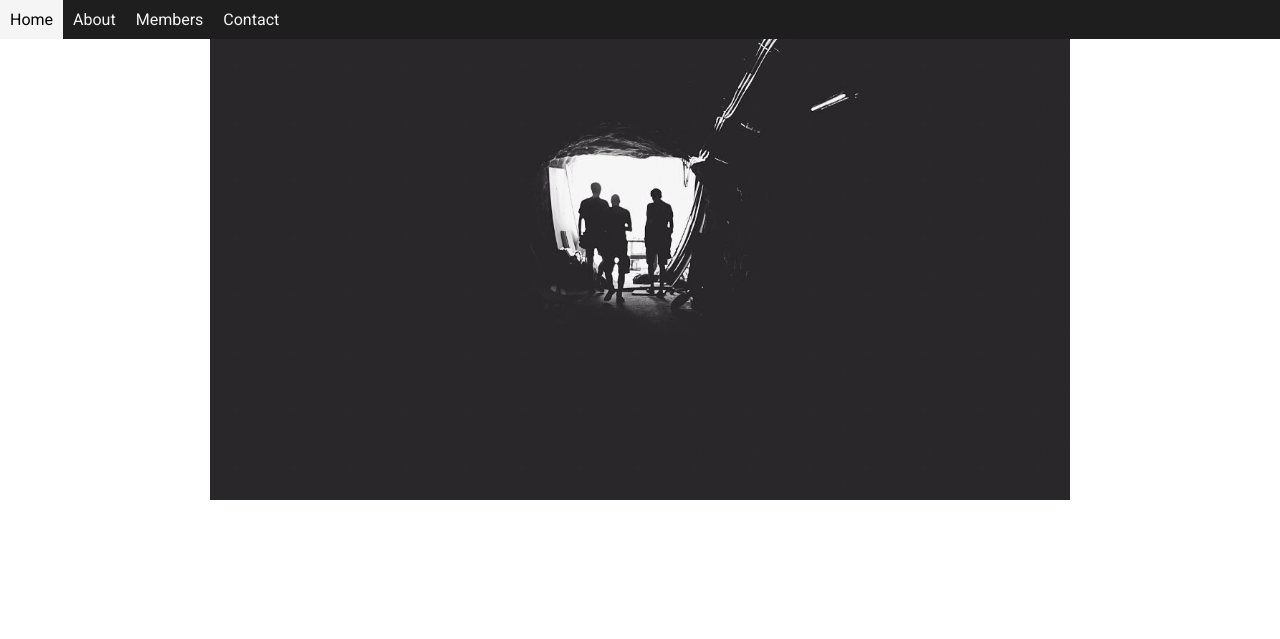
Repository: hieu-22/w3_band_UI
Page: index.html
An editor plug-in stored every save of this project. The page is shown before and after the next save, followed by the edit.
The browser window is 1280 px wide. The pictures show the whole page.

Above is the page before, as saved 2022-12-30 09:14:40.

After the next save:
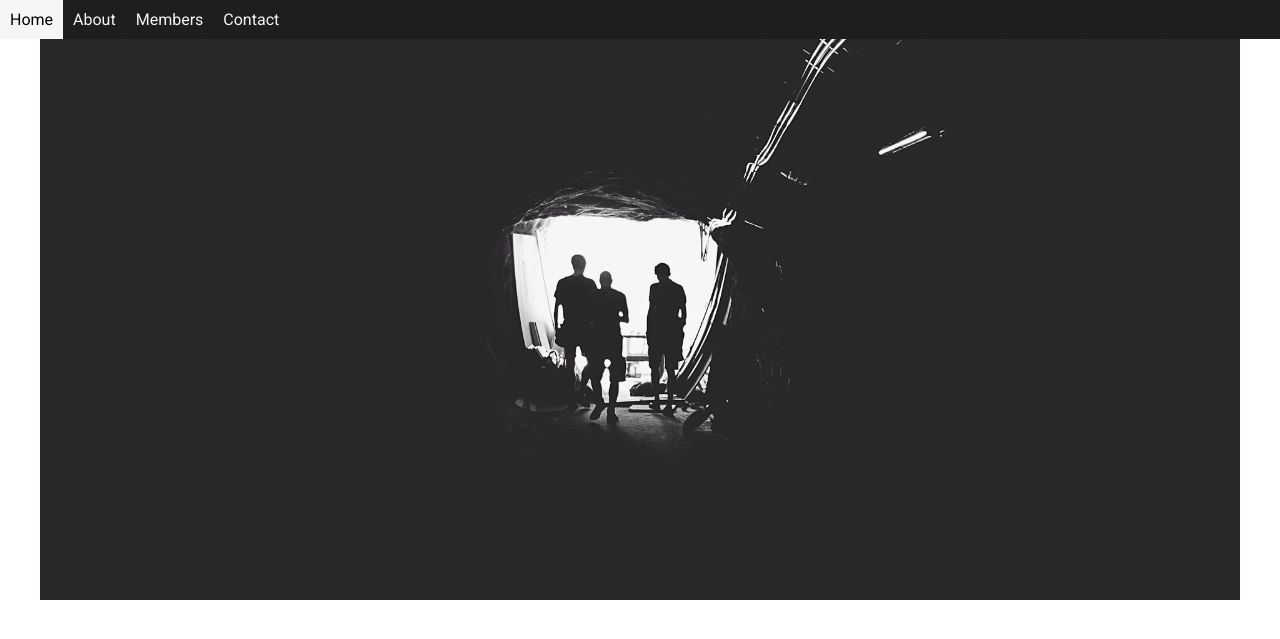
Saved 63 s later.
--- a/assets/css/style.css
+++ b/assets/css/style.css
@@ -8,12 +8,12 @@
 html {
     font-family: 'Roboto', sans-serif;
     font-size: 16px;
-    width: 860px;
+    width: 1200px;
     margin: auto;
 }
 
 .header {
-    height: 500px;
+    height: 600px;
 }
 
 .navigation-bar {
